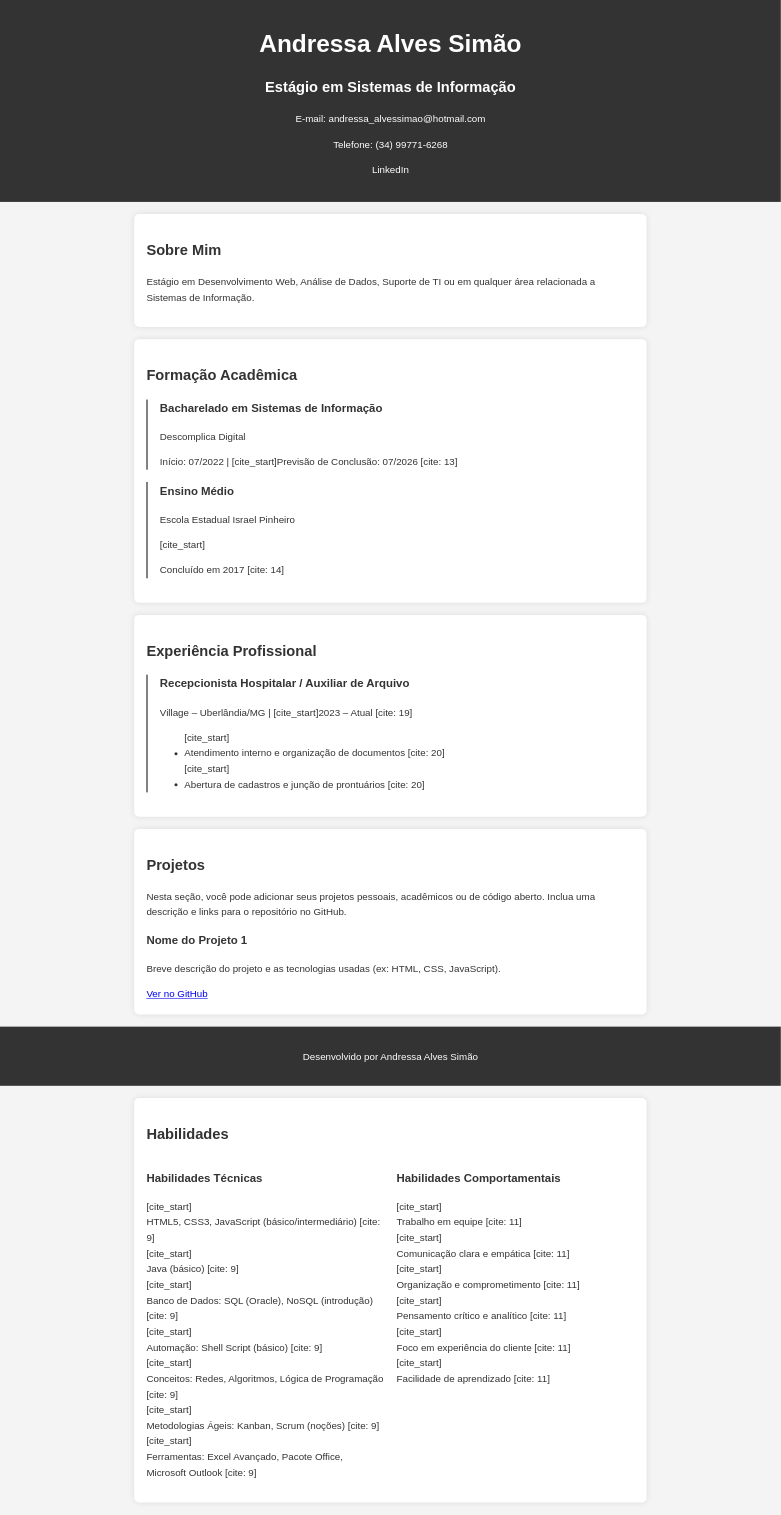
Repository: Andressa-Sim/portfolio-webpage-
Page: index.html
The author's editor kept a copy of each file at every save. The page is drawn from the files as they stood at one save, then again after the next save.
The browser window is 1280 px wide. The pictures show the whole page, at 61% of full size.

Above is the page before, as saved 2025-08-25 19:12:58.

### index.html
<!DOCTYPE html>
<html lang="pt-br">
<head>
    <meta charset="UTF-8">
    <meta name="viewport" content="width=device-width, initial-scale=1.0">
    <title>Portfólio de Andressa Simão</title>
    <link rel="stylesheet" href="style.css">
</head>
<body>

    <header class="header-main">
        <div class="header-content">
            <h1>Andressa Alves Simão</h1>
            <h2>Estágio em Sistemas de Informação</h2>
            <p>E-mail: andressa_alvessimao@hotmail.com</p>
            <p>Telefone: (34) 99771-6268</p>
            <a href="https://linkedin.com/in/andressa-alves-simão" target="_self">LinkedIn</a>
            </div>
    </header>

    <main>
        <section id="sobre" class="section-container">
            <h2>Sobre Mim</h2>
            <p>Estágio em Desenvolvimento Web, Análise de Dados, Suporte de TI ou em
qualquer área relacionada a Sistemas de Informação.</p>
        </section>

        <section id="formacao" class="section-container">
            <h2>Formação Acadêmica</h2>
            <div class="timeline">
                <div class="timeline-item">
                    <h3>Bacharelado em Sistemas de Informação</h3>
                    <p>Descomplica Digital</p>
                    <p>Início: 07/2022 | [cite_start]Previsão de Conclusão: 07/2026 [cite: 13]</p>
                </div>
                <div class="timeline-item">
                    <h3>Ensino Médio</h3>
                    <p>Escola Estadual Israel Pinheiro</p>
                    [cite_start]<p>Concluído em 2017 [cite: 14]</p>
                </div>
            </div>
        </section>

        <section id="experiencia" class="section-container">
            <h2>Experiência Profissional</h2>
            <div class="job-item">
                <h3>Recepcionista Hospitalar / Auxiliar de Arquivo</h3>
                <p>Village – Uberlândia/MG | [cite_start]2023 – Atual [cite: 19]</p>
                <ul>
                    [cite_start]<li>Atendimento interno e organização de documentos [cite: 20]</li>
                    [cite_start]<li>Abertura de cadastros e junção de prontuários [cite: 20]</li>
                </ul>
            </div>
            </section>

        <section id="projetos" class="section-container">
            <h2>Projetos</h2>
            <p>Nesta seção, você pode adicionar seus projetos pessoais, acadêmicos ou de código aberto. Inclua uma descrição e links para o repositório no GitHub. </p>
            <div class="project-item">
                <h3>Nome do Projeto 1</h3>
                <p>Breve descrição do projeto e as tecnologias usadas (ex: HTML, CSS, JavaScript).</p>
                <a href="#">Ver no GitHub</a>
            </div>
        </section>

    </main>

    <footer class="footer-main">
        <p>Desenvolvido por Andressa Alves Simão</p>
    </footer>

    <script src="script.js"></script>
</body>
</html>

        <section id="habilidades" class="section-container">
            <h2>Habilidades</h2>
            <div class="skills-grid">
                <div class="skill-category">
                    <h3>Habilidades Técnicas</h3>
                    <ul>
                        [cite_start]<li>HTML5, CSS3, JavaScript (básico/intermediário) [cite: 9]</li>
                        [cite_start]<li>Java (básico) [cite: 9]</li>
                        [cite_start]<li>Banco de Dados: SQL (Oracle), NoSQL (introdução) [cite: 9]</li>
                        [cite_start]<li>Automação: Shell Script (básico) [cite: 9]</li>
                        [cite_start]<li>Conceitos: Redes, Algoritmos, Lógica de Programação [cite: 9]</li>
                        [cite_start]<li>Metodologias Ágeis: Kanban, Scrum (noções) [cite: 9]</li>
                        [cite_start]<li>Ferramentas: Excel Avançado, Pacote Office, Microsoft Outlook [cite: 9]</li>
                    </ul>
                </div>
                <div class="skill-category">
                    <h3>Habilidades Comportamentais</h3>
                    <ul>
                        [cite_start]<li>Trabalho em equipe [cite: 11]</li>
                        [cite_start]<li>Comunicação clara e empática [cite: 11]</li>
                        [cite_start]<li>Organização e comprometimento [cite: 11]</li>
                        [cite_start]<li>Pensamento crítico e analítico [cite: 11]</li>
                        [cite_start]<li>Foco em experiência do cliente [cite: 11]</li>
                        [cite_start]<li>Facilidade de aprendizado [cite: 11]</li>
                    </ul>
                </div>
            </div>
        </section>

### style.css
/* Estilos gerais */
body {
    font-family: Arial, sans-serif;
    line-height: 1.6;
    margin: 0;
    padding: 0;
    background-color: #f4f4f4;
    color: #333;
}

.section-container {
    padding: 20px;
    margin: 20px auto;
    max-width: 800px;
    background: #fff;
    border-radius: 8px;
    box-shadow: 0 0 10px rgba(0,0,0,0.1);
}

/* Estilos do cabeçalho */
.header-main {
    background: #333;
    color: #fff;
    text-align: center;
    padding: 40px 0;
}

.header-main h1 {
    margin: 0;
    font-size: 2.5em;
}

.header-main a {
    color: #fff;
    text-decoration: none;
    margin: 0 10px;
}

/* Estilos de Habilidades */
.skills-grid {
    display: flex;
    justify-content: space-around;
    gap: 20px;
}

.skill-category {
    flex: 1;
}

.skill-category ul {
    list-style-type: none;
    padding: 0;
}

/* Estilos de Formação e Experiência */
.timeline-item, .job-item {
    border-left: 2px solid #333;
    padding-left: 20px;
    margin-bottom: 20px;
}

/* Estilos do Rodapé */
.footer-main {
    text-align: center;
    padding: 20px;
    background: #333;
    color: #fff;
}

### script.js
document.addEventListener('DOMContentLoaded', () => {
    console.log('Portfólio carregado com sucesso!');
    // Adicione aqui a lógica para interações, como menu hambúrguer, animações, etc.
});

After the next save:
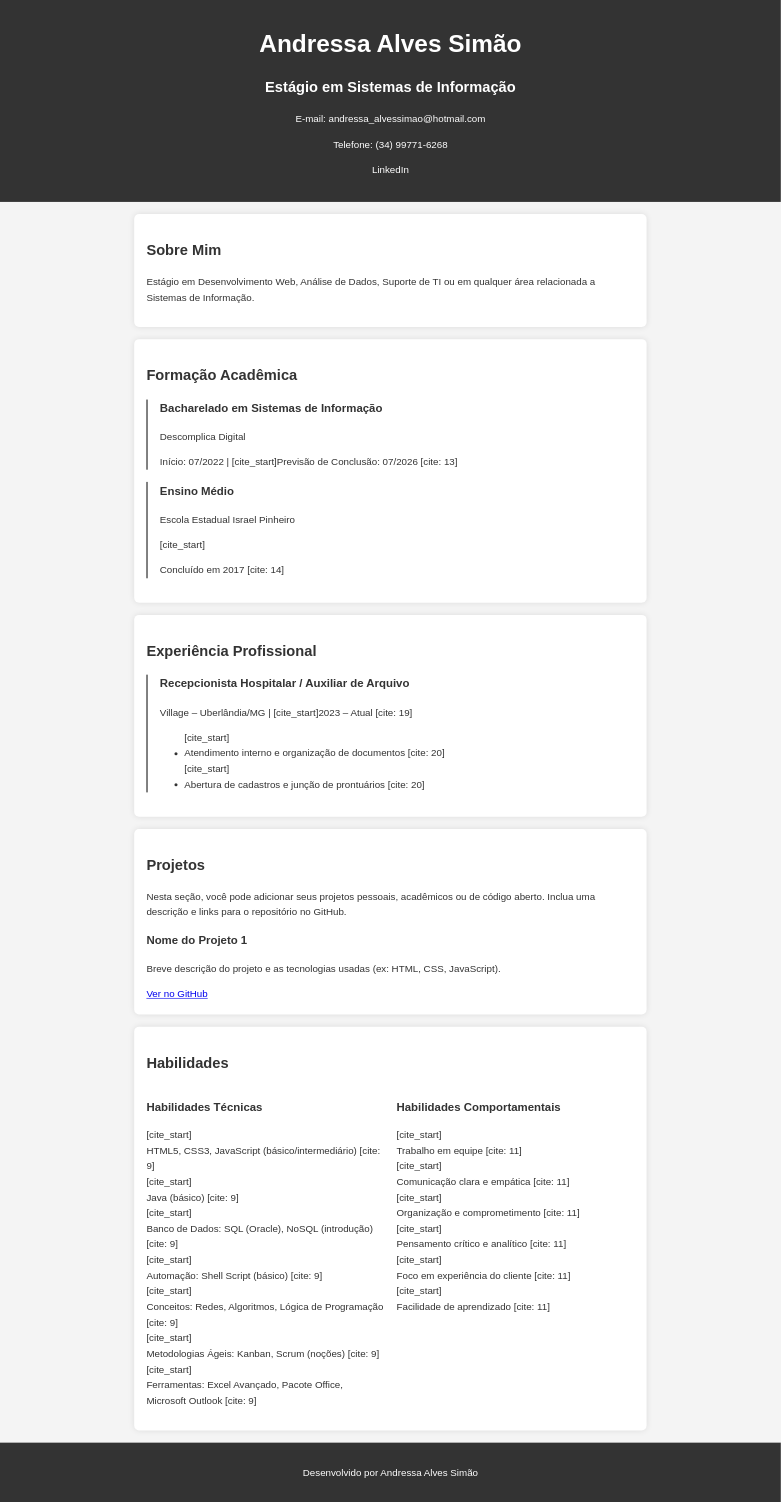
Saved 49 s later.
--- a/index.html
+++ b/index.html
@@ -65,9 +65,7 @@ qualquer área relacionada a Sistemas de Informação.</p>
 
     </main>
 
-    <footer class="footer-main">
-        <p>Desenvolvido por Andressa Alves Simão</p>
-    </footer>
+
 
     <script src="script.js"></script>
 </body>
@@ -101,3 +99,7 @@ qualquer área relacionada a Sistemas de Informação.</p>
                 </div>
             </div>
         </section>
+
+        <footer class="footer-main">
+        <p>Desenvolvido por Andressa Alves Simão</p>
+    </footer>
